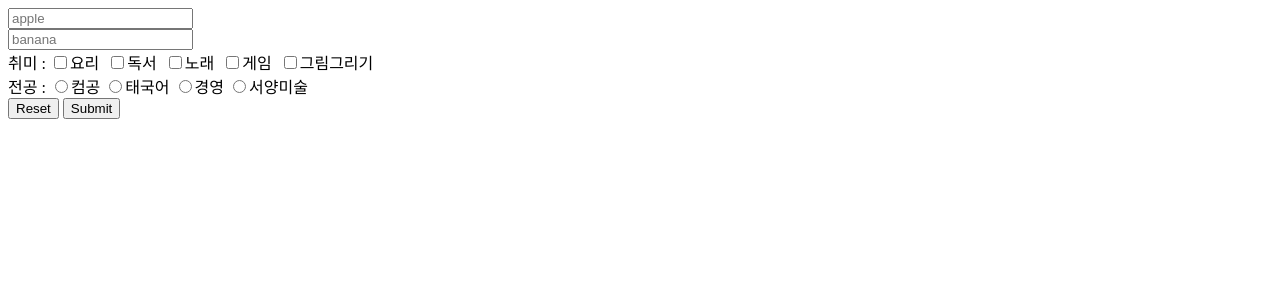
Repository: lee-ruru/jsp_practice
Page: http://localhost/JSPBasic/JspObject/1.requests/req_param_send.jsp
The author's editor kept a copy of each file at every save. The page is drawn from the files as they stood at one save, then again after the next save.
The browser window is 1280 px wide. The pictures show the whole page.
The page is served by Tomcat 9.

Above is the page before, as saved 2022-02-03 06:45:34.

After the next save:
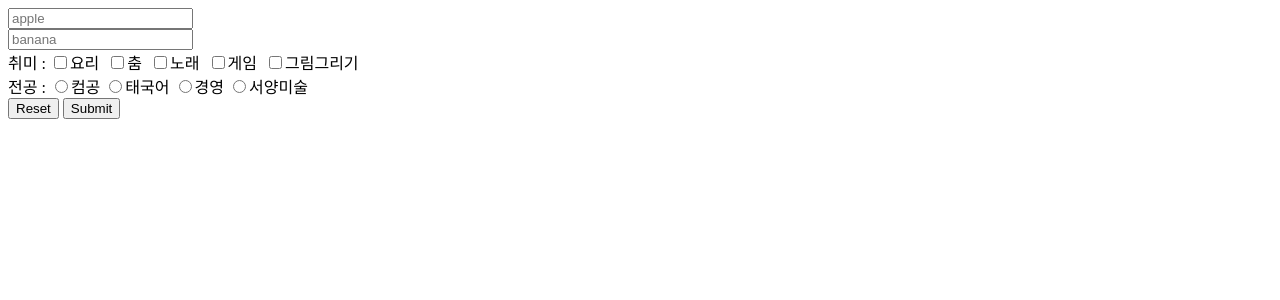
Saved 15 s later.
--- a/JSPBasic/src/main/webapp/JspObject/1.requests/req_param_send.jsp
+++ b/JSPBasic/src/main/webapp/JspObject/1.requests/req_param_send.jsp
@@ -21,7 +21,7 @@
 
 		취미 :
 		<input type = "checkbox" name="hobby" value="요리" >요리&nbsp;
-		<input type = "checkbox" name="hobby" value="독서" >독서&nbsp;
+		<input type = "checkbox" name="hobby" value="춤" >춤&nbsp;
 		<input type = "checkbox" name="hobby" value="노래" >노래&nbsp;
 		<input type = "checkbox" name="hobby" value="게임" >게임&nbsp;
 		<input type = "checkbox" name="hobby" value="그림그리기" >그림그리기&nbsp;<br/>
